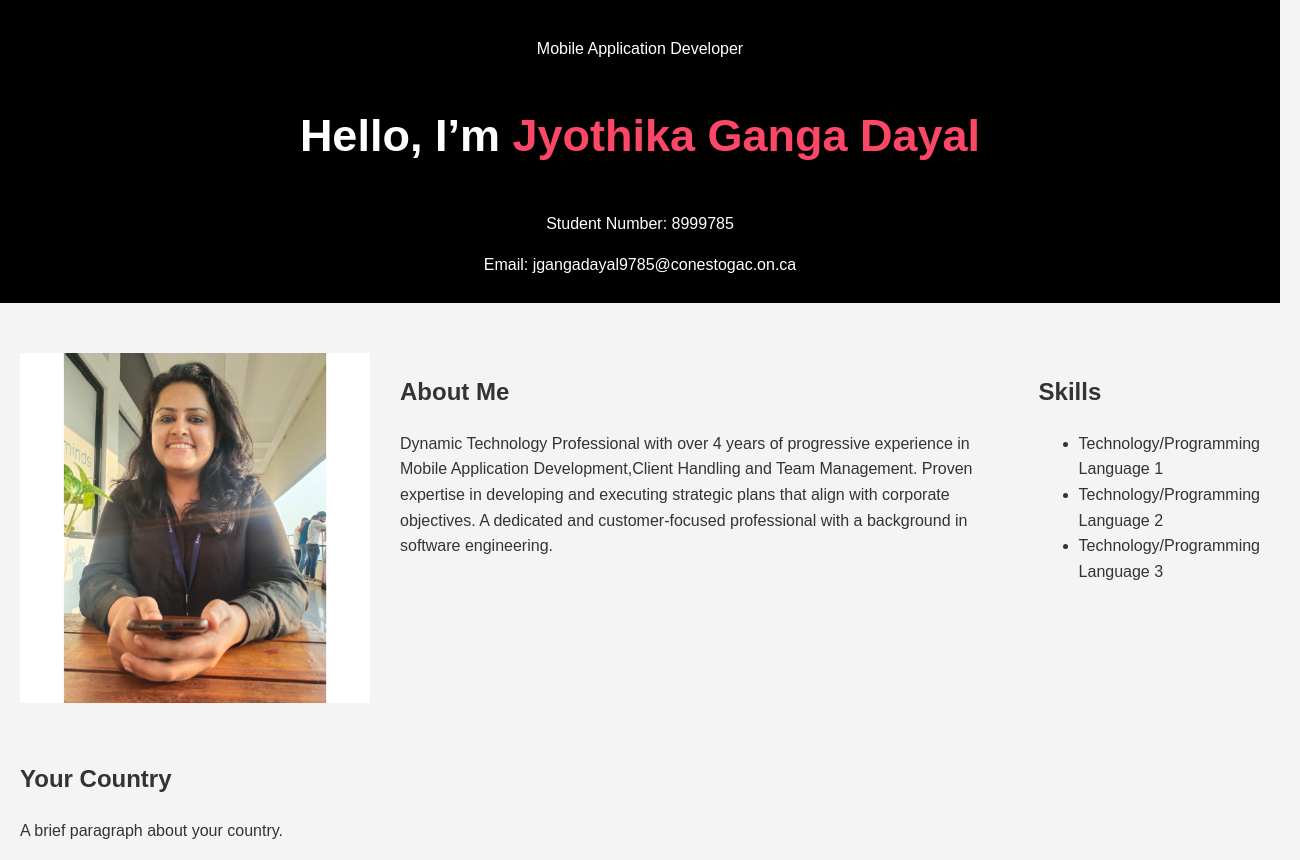
Repository: jyothika123/portfolio
Page: index.html
The author's editor kept a copy of each file at every save. The page is drawn from the files as they stood at one save, then again after the next save.
The browser window is 1280 px wide. The page is 1300 px wide, so the pictures cover 1300 px, including what lies to the right of the window. The pictures show the part of the page from y = 0 to 860 px (the page is 1280 px tall before and 1340 px after).
Pictures or frames that could not be fetched are drawn as grey boxes.

Above is the page before, as saved 2024-09-22 16:33:41.

### index.html
<!DOCTYPE html>
<html lang="en">
<head>
    <meta charset="UTF-8">
    <meta name="viewport" content="width=device-width, initial-scale=1.0">
    <link rel="stylesheet" href="css/style.css">
    <title>Jyothika Ganga Dayal</title>
</head>
<body>
    <header>
        <div class="content">
            <br>
            <span class="title">Mobile Application Developer</span>
            <h1>Hello, I’m <span>Jyothika Ganga Dayal</span></h1>
            <p>Student Number: 8999785</p>
            <p>Email: jgangadayal9785@conestogac.on.ca</p>
        </div>
    </header>
    <main>
        <section class="box">
            <section class="bio">
                <div>
                    <img src="images/image.PNG" alt="A photo representing me" class="profile">
                </div>
                <div>
                    <h2>About Me</h2>
                    <p>Dynamic Technology Professional with over 4 years of progressive experience
                        in Mobile Application Development,Client Handling and Team Management. Proven
                        expertise in developing and executing strategic plans that align with
                        corporate objectives. A dedicated and customer-focused professional with a
                        background in software engineering. </p>
                </div>

            </section>
            <section>
                <h2>Skills</h2>
                <ul>
                    <li>Technology/Programming Language 1</li>
                    <li>Technology/Programming Language 2</li>
                    <li>Technology/Programming Language 3</li>
                </ul>
            </section>
            <section class="country">
                <h2>Your Country</h2>
                <p>A brief paragraph about your country.</p>
                <iframe width="560" height="315" src="https://www.youtube.com/embed/your_video_id"
                        title="Interesting video about me/country/skills"
                        frameborder="0" allowfullscreen></iframe>
            </section>
        </section>
    </main>
    <aside>

    </aside>
    <footer>
        <p>&copy; 2024 Your Name. All rights reserved.</p>
    </footer>
</body>
</html>

### css/style.css


body {
    font-family: Arial, sans-serif;
    line-height: 1.6;
    margin: 0;
    padding: 0;
    color: #333;
    background-color: #f4f4f4;
}

header {
    background: #000000;
    color: #fff;
    padding: 10px;
    text-align: center;
}

main {
    display: flex;
    justify-content: space-between;
    padding: 20px;
}

.bio {
    display: grid;
    grid-template-columns: 1fr 3fr;
    gap:30px;
}

.country {
    flex: 3;
}

footer {
    background: #007BFF;
    color: #fff;
    text-align: center;
    padding: 10px ;
    position: relative;
    bottom: 0;
    width: 100%;
}

.profile{
    width:350px;
    height: 350px;
}

.content h1 {
    color: #ffffff;
    font-size: 45px;
    font-weight: 900;
    line-height: 90px;
    text-transform: inherit;
    width: 100%;
  }
  .content h1 span {
    color: #fd4766;
  }
  .content p {
    width: 100%;
    color: #ffffff;
    margin-top: 5px;
    margin-bottom: 15px;
  }
  .box{
    margin-top: 30px;
    display: grid;
    grid-template-columns: 3.5fr 0.5fr;
    gap:30px;
  }

After the next save:
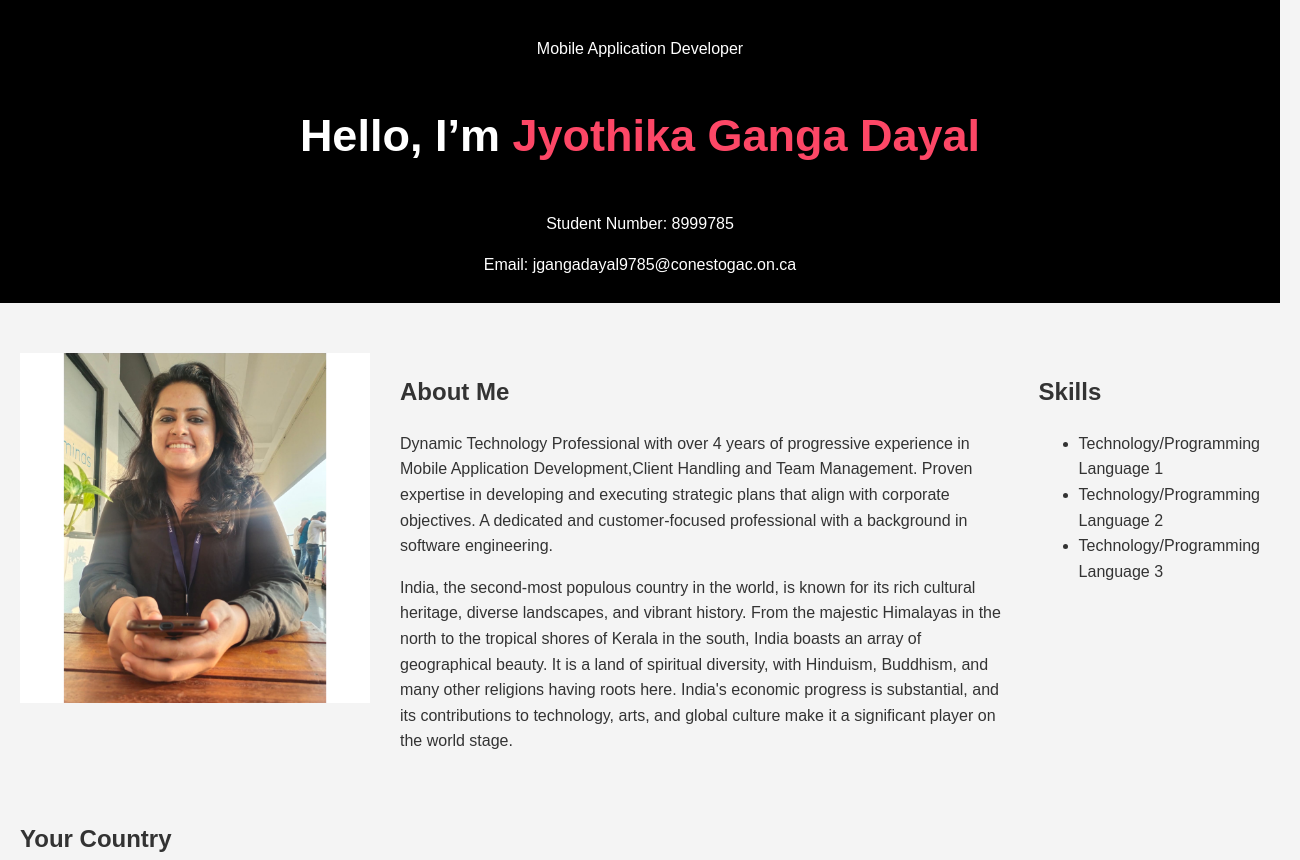
Saved 2 min 27 s later.
--- a/index.html
+++ b/index.html
@@ -29,6 +29,8 @@
                         expertise in developing and executing strategic plans that align with
                         corporate objectives. A dedicated and customer-focused professional with a
                         background in software engineering. </p>
+                    <p>India, the second-most populous country in the world, is known for its rich cultural heritage, diverse landscapes, and vibrant history. From the majestic Himalayas in the north to the tropical shores of Kerala in the south, India boasts an array of geographical beauty. It is a land of spiritual diversity, with Hinduism, Buddhism, and many other religions having roots here. India's economic progress is substantial, and its contributions to technology, arts, and global culture make it a significant player on the world stage.</p>
+
                 </div>
 
             </section>
